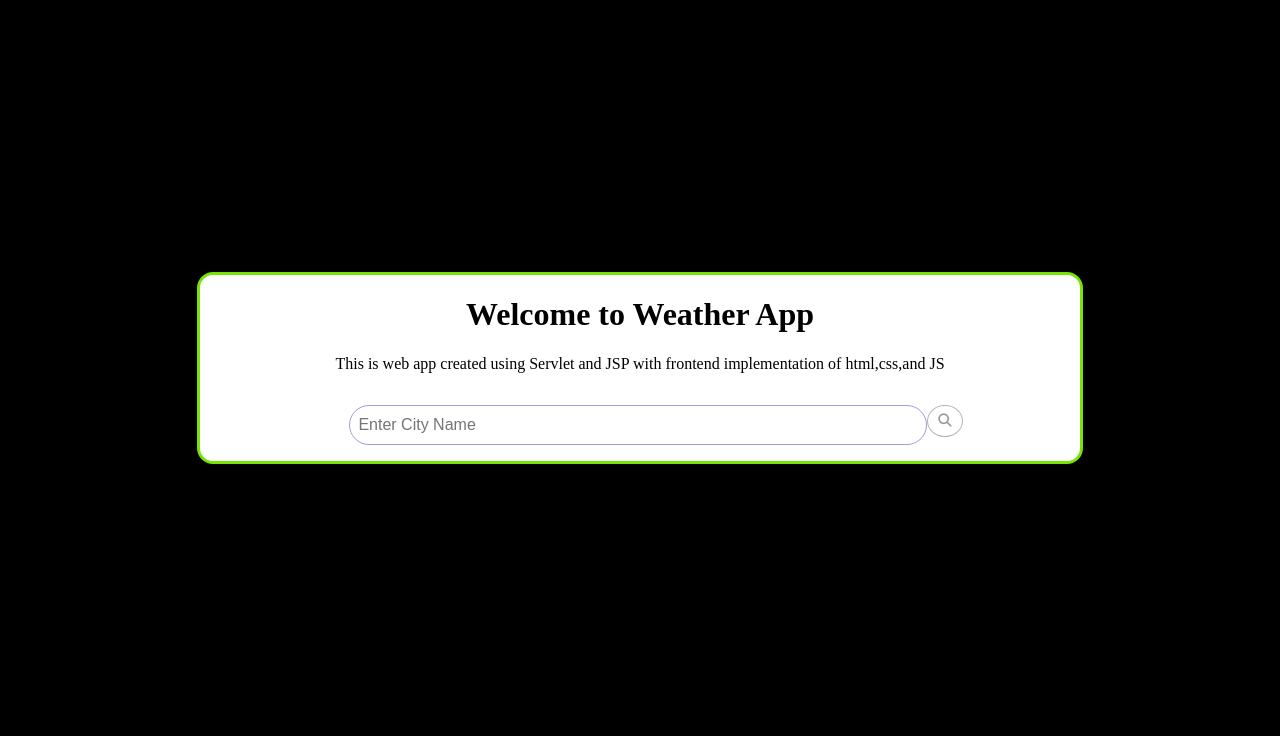
Repository: krv9/projects
Page: http://localhost/WeatherApp/
An editor plug-in stored every save of this project. The page is shown before and after the next save, followed by the edit.
The browser window is 1280 px wide. The pictures show the whole page.
The first visible `.searchInput input` has the focus.
The page is served by Tomcat 10. Other server files are loaded and not shown.

Above is the page before, as saved 2024-09-24 13:29:12.

### WeatherApp/src/main/webapp/index.html
<!DOCTYPE html>
<html>
<head>
 <meta charset="UTF-8">
    <meta http-equiv="X-UA-Compatible" content="IE=edge">
    <meta name="viewport" content="width=device-width, initial-scale=1.0">
    <title>Weather App</title>
    <link rel="stylesheet" href="https://cdnjs.cloudflare.com/ajax/libs/font-awesome/6.4.0/css/all.min.css" />
    <link rel="stylesheet" href="Style.css" />

</head>
<body>
<div class="container">
   		<h1 id="font">Welcome to Weather App</h1>
   		<p id="font">This is web app created using Servlet and JSP with frontend implementation of html,css,and JS</p>
        <form action="myservlet" method="post" class="searchInput">
            <input type="text" placeholder="Enter City Name" id="searchInput" name="city"/>
            <button id="searchButton"><i class="fa-solid fa-magnifying-glass"></i></button>
      </form>
 </div>

</body>
</html>

### WeatherApp/src/main/webapp/Style.css
@charset "UTF-8";
body{
	display: flex;
  height: 100vh;
  align-items: center;
  justify-content: center;
	background:black;
}
.container{
	 width: 55rem;
  height: auto;
  border-color:#76e506;
  border-style:solid;
  border-radius: 1rem;
  background: #fff;
  box-shadow: 0 14px 28px rgba(0,0,0,0.25),
			0 10px 10px rgba(0,0,0,0.22);
}
#font{
	color:black;
	align-items: center;
  justify-content: center;
  text-align:center;
}

.searchInput {
  width: 100%;
  display: flex;
  padding: 1rem 1rem;
  justify-content: center;
}

.searchInput input {
  width: 35rem;
  height: 2rem;
  outline: none;
  font-size: 1rem;
  color: #525050;
  padding: 0.2rem 0.5rem;
  border-radius: 1.5rem;
  border: 1px solid #b3b3b3;
}

.searchInput input:focus {
  border: 1px solid #9c9dde;
}

.searchInput button {
  width: 2.2rem;
  height: 2rem;
  cursor: pointer;
  color: #9b9b9b;
  border-radius: 50%;

  transition: all 0.3s ease;
  background-color: #fff;
  border: 1px solid #b3b3b3;
}

.searchInput button:hover {
  color: #fff;
  background-color: #9c9dde;
  border: 1px solid #9c9dde;
}

After the next save:
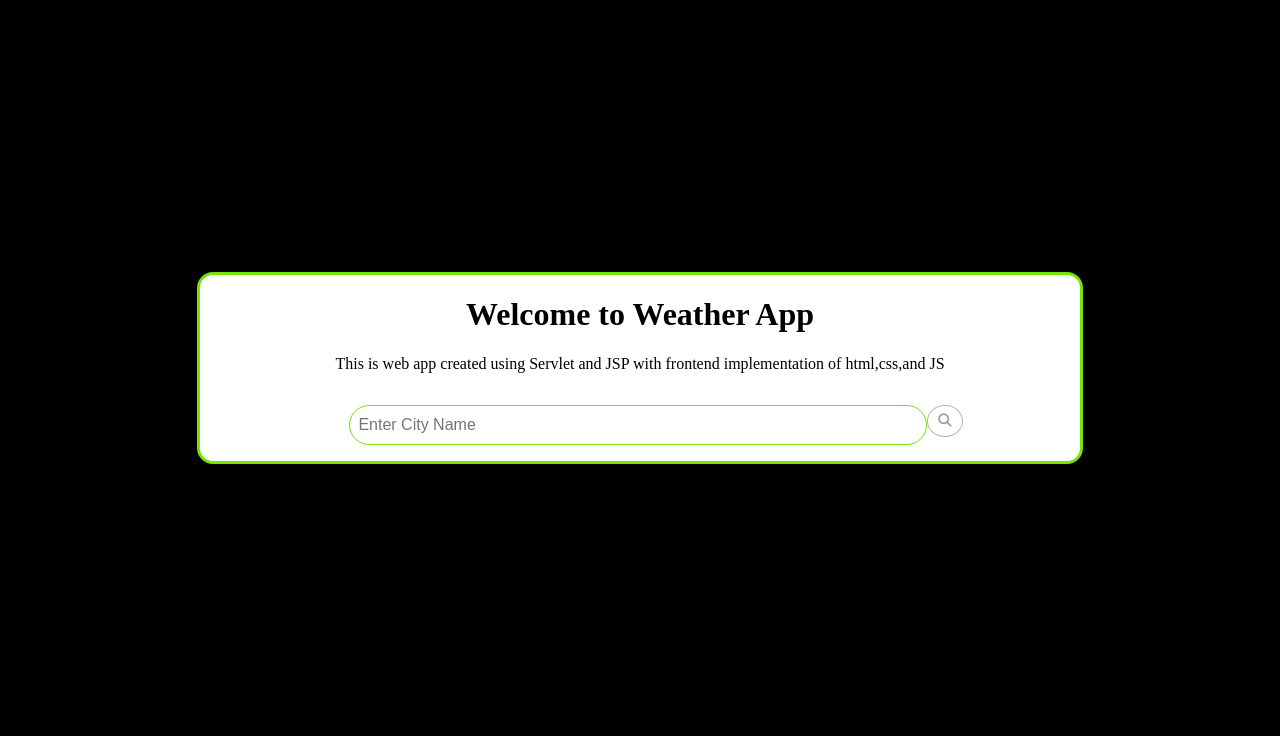
Saved 39 s later.
--- a/WeatherApp/src/main/webapp/Style.css
+++ b/WeatherApp/src/main/webapp/Style.css
@@ -42,7 +42,7 @@ body{
 }
 
 .searchInput input:focus {
-  border: 1px solid #9c9dde;
+  border: 1px solid #76e506;
 }
 
 .searchInput button {
